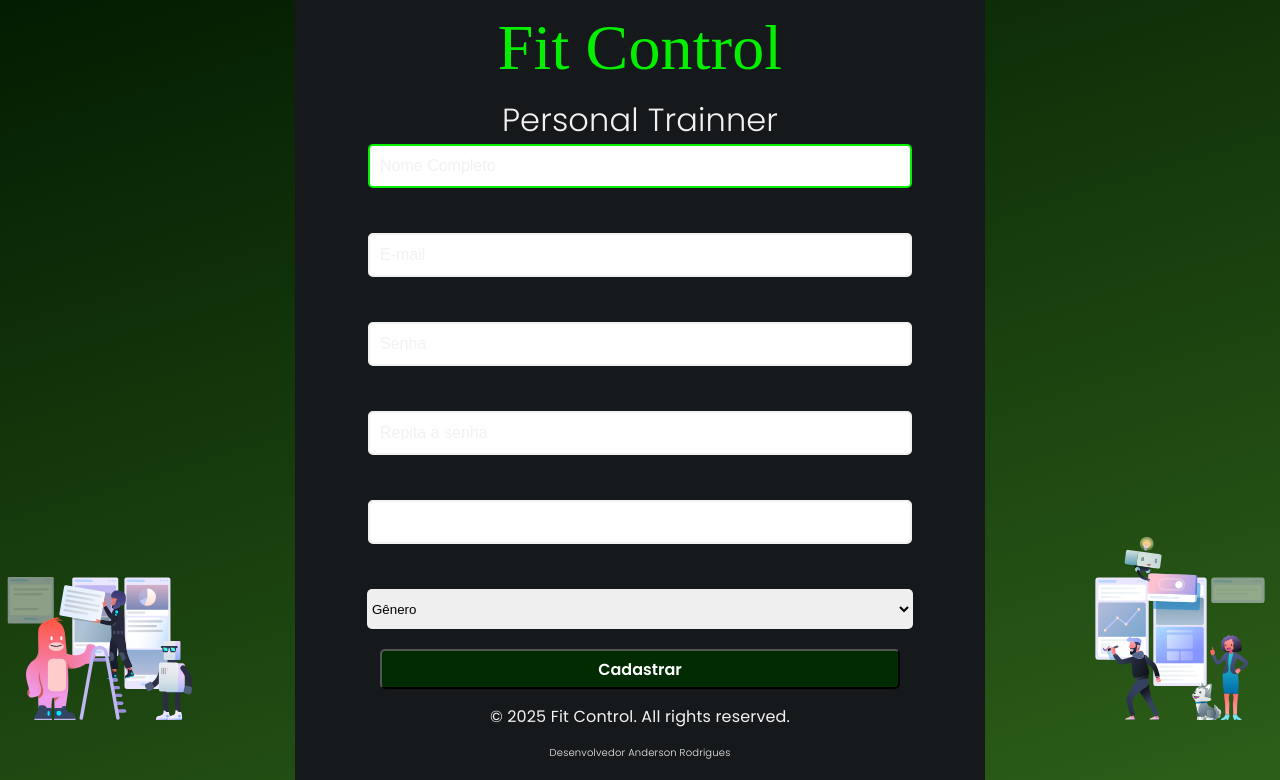
Repository: fit-control/frontend-fit-control
Page: /cadastro
The author's editor kept a copy of each file at every save. The page is drawn from the files as they stood at one save, then again after the next save.
The browser window is 1280 px wide. The pictures show the whole page.
Some web fonts or font styles are not loaded; a fallback is used. The project was rebuilt for these pictures with package versions that can differ from the ones it lists, and the page was loaded fresh each time. Settings that the repository does not hold, such as keys and server addresses, were given made-up values. Also part of the build but not shown: next.config.js, vite.config.ts, src/components/containerCenterLogin.tsx, src/pages/About.tsx, src/pages/NotFound.tsx, src/components/AuthRoutes.tsx, src/pages/PaginaTeste.tsx.

Above is the page before, as saved 2025-03-23 16:31:17.

After the next save:
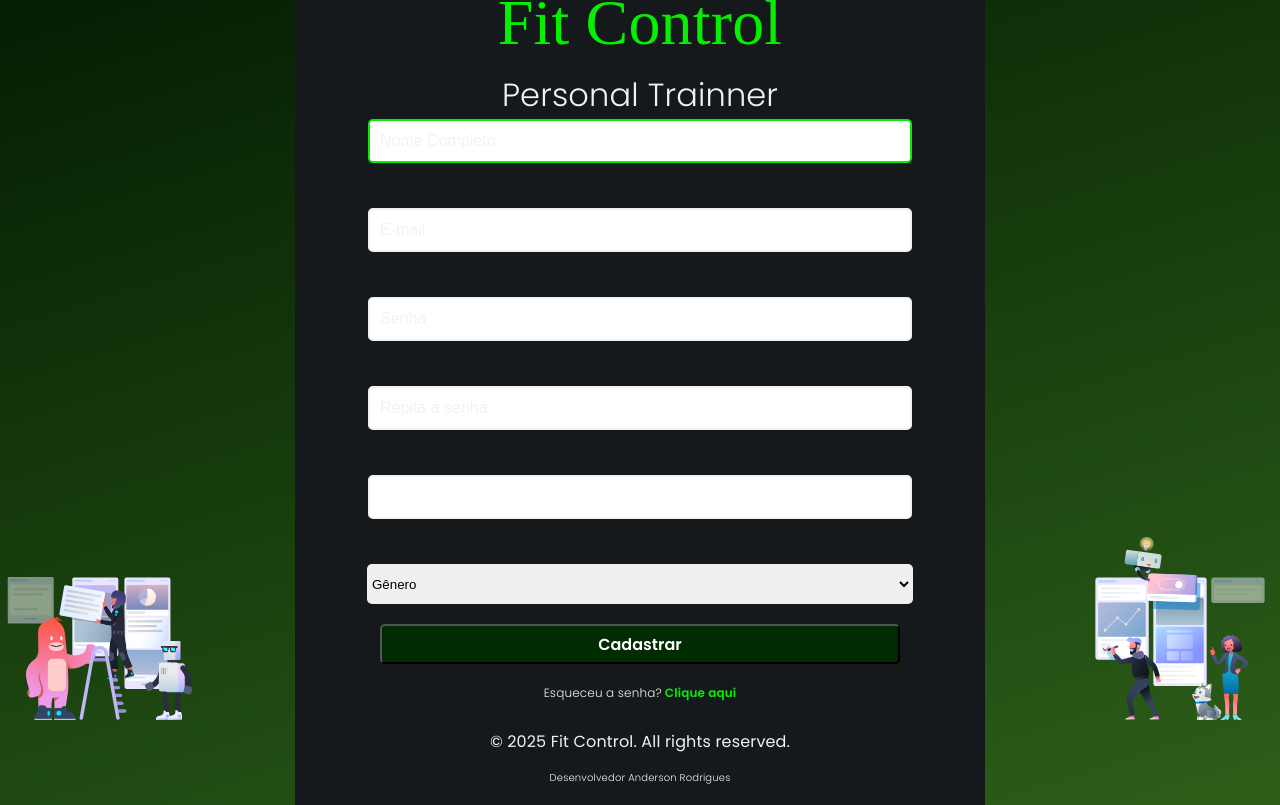
Saved 2 min 5 s later.
--- a/src/components/containerCenterCadastro.tsx
+++ b/src/components/containerCenterCadastro.tsx
@@ -5,11 +5,12 @@ import { ToastContainer, toast } from "react-toastify";
 import "react-toastify/dist/ReactToastify.css";
 import { useForm } from 'react-hook-form'
 import { User } from "../types/AuthType";
+import { useNavigate } from "react-router-dom";
 
 const ContainerCenterCadastro = () => {
 
   const { login } = useAuth();
-//   const navigate = useNavigate();
+  const navigate = useNavigate();
   const [loading, setLoading] = useState(false);
 
 
@@ -126,6 +127,12 @@ const ContainerCenterCadastro = () => {
           <button disabled={loading} type="submit">
             {loading ? 'Carregando...' : 'Cadastrar'}
           </button>
+          <p className="forgotPassword">Esqueceu a senha? <a onClick={(e) => {
+            e.preventDefault(); // Impede a ação padrão do botão
+            setTimeout(() => {
+              navigate('/recuperar-senha');
+            }, 1000);
+          }} className="registerLink">Clique aqui</a></p>
         {errorMessage && (
               <div style={{ maxWidth: '85%', textAlign: 'center', color: 'red' }}>
                 {errorMessage}
